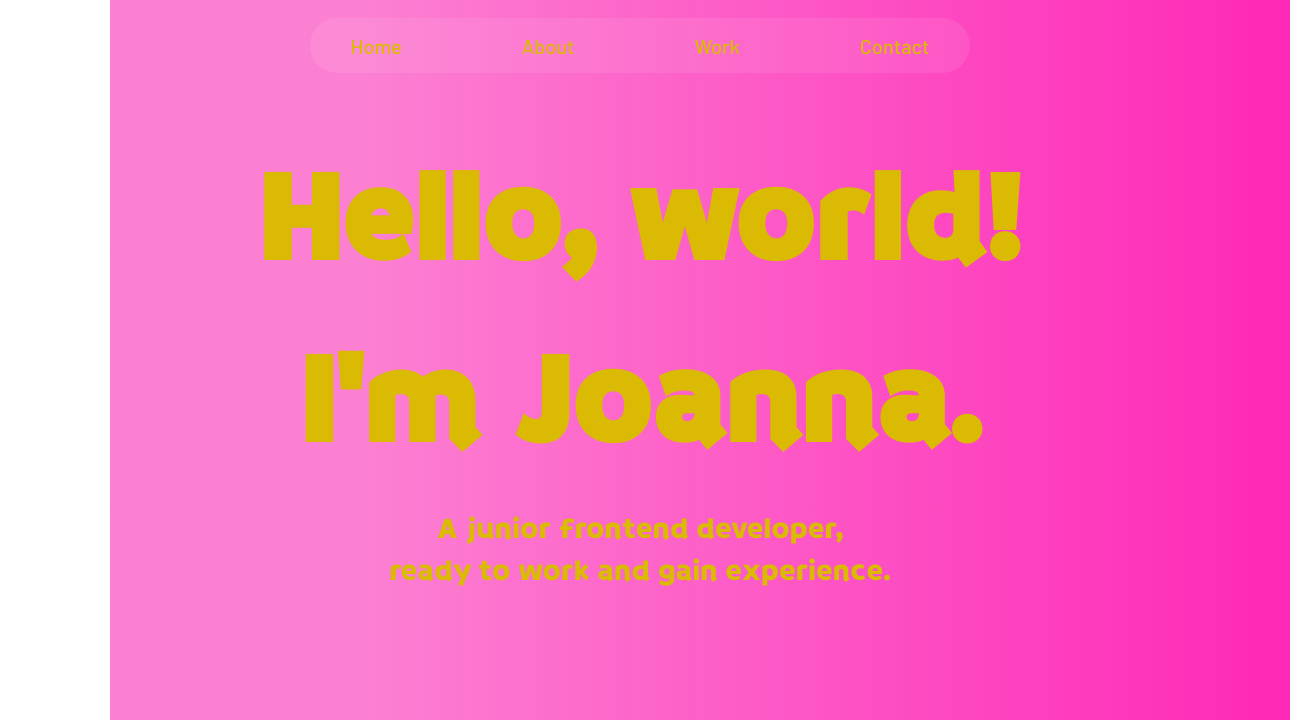
Repository: JJonka/portfolio_site
Page: /
An editor plug-in stored every save of this project. The page is shown before and after the next save, followed by the edit.
The browser window is 1280 px wide. The page is 1290 px wide, so the pictures cover 1290 px, including what lies to the right of the window. The pictures show the whole page.
The project was rebuilt for these pictures with package versions that can differ from the ones it lists, and the page was loaded fresh each time. Also part of the build but not shown: vite.config.ts, src/components/EndOfSection.module.scss, src/components/EndOfSection.tsx, src/pages/About.tsx, src/components/LogoIcon.module.scss, src/components/LogoIcon.tsx, src/pages/Contact.tsx, src/pages/Work.module.scss and 1 more.

Above is the page before, as saved 2023-10-08 11:59:15.

After the next save:
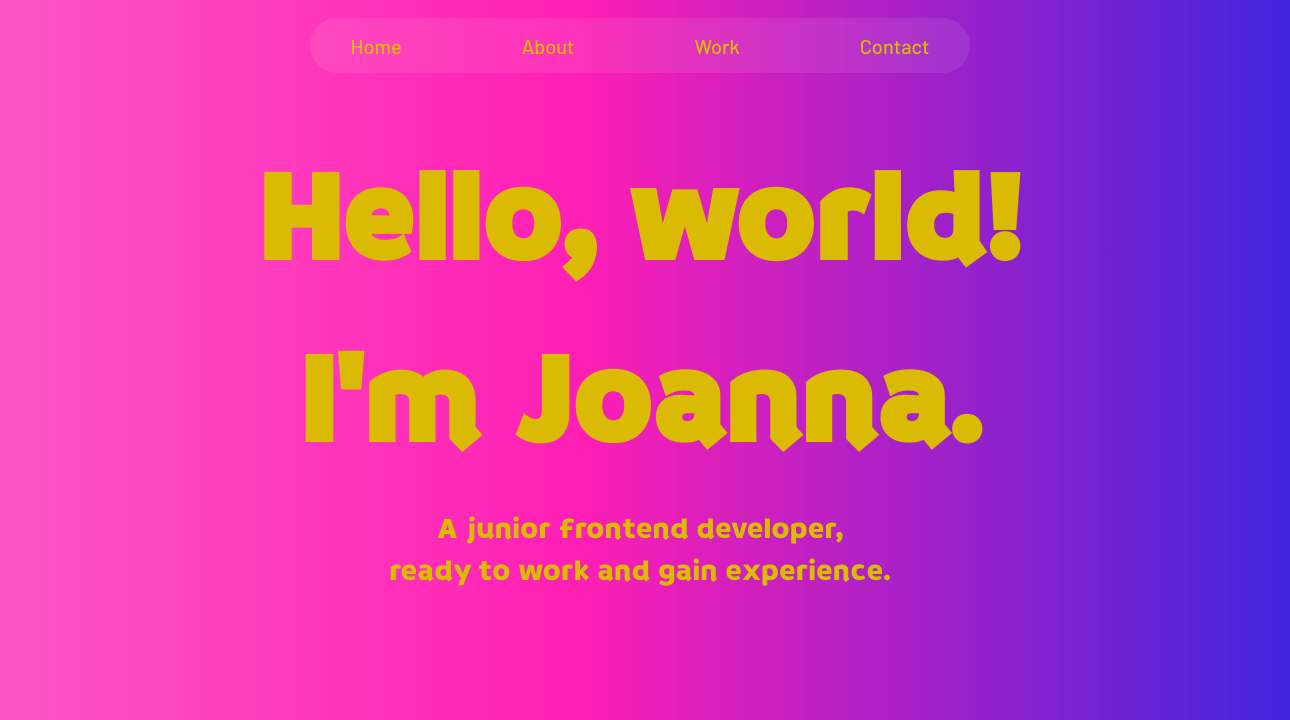
Saved 7 s later.
--- a/src/App.css
+++ b/src/App.css
@@ -40,7 +40,7 @@ body {
         transform: translateX(-20%);
     }
     100% {
-        transform: translateX(50%);
+        transform: translateX(5%);
     }
 
 }
